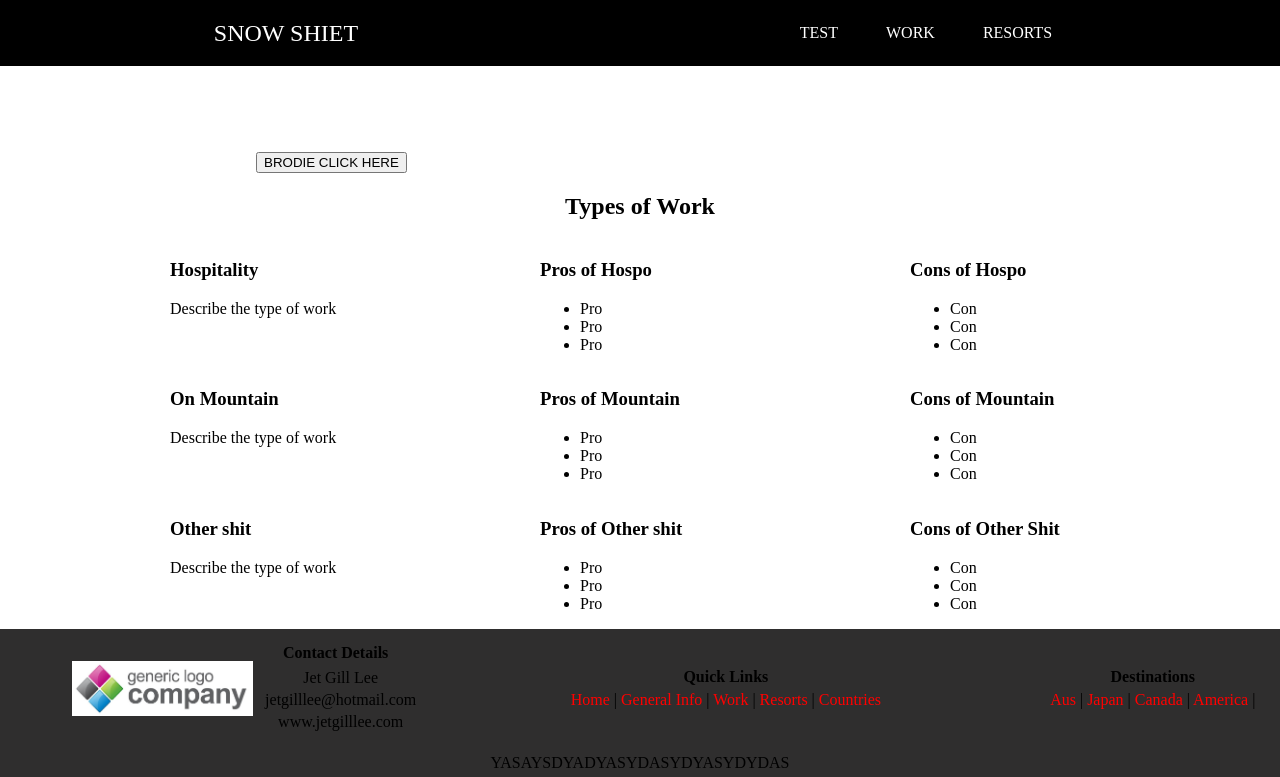
Repository: Jet-Gill-Lee/SnowSite
Page: work-overview.html
These files come from the project's save history. The page is drawn as it stood at one moment and after the next save; the edit follows.
The browser window is 1280 px wide. The pictures show the whole page.

Above is the page before, as saved 2021-07-25 00:10:08.

### work-overview.html
<!DOCTYPE html>
<html lang="en">
<head>
    <meta charset="UTF-8">
    <meta http-equiv="X-UA-Compatible" content="IE=edge">
    <meta name="viewport" content="width=device-width, initial-scale=1.0">
    <link rel="stylesheet" href="css/stylesheet.css">
    <script src='navbar.js' defer></script>
    <title>SnowSite</title>
</head>
<body>
<!-- PAGE HEADER -->

  <!-- TOP NAVIGATION BAR -->
  <div class="navbar">
    <div class="brand-title"><a href='index.html'>SNOW SHIET</a></div>
      <a href='#' class='toggle-button'>
      <span class="bar"></span>
      <span class="bar"></span>
      <span class="bar"></span></a>
    <div class="navbar-links">
      <ul>
        <li><a href="submit-stuff.html">TEST</a></li>
        <li><a href="work-overview.html">WORK</a></li>
        <li><a href="resorts-overview.html">RESORTS</a></li>
      </ul>
    </div>
  </div>
  <div class="hero-content">
    <button id='brodie-button'>BRODIE CLICK HERE</button>
    <div class="hero-flex-item hero-text">
      TAGLINE <br>
      <span>LMAO BRODIE YOU ARE A BITCH </span>
    </div>
  </div>
<!-- MAIN -->
  <div id="page-main">
    <div id="main-info">
      <!-- TYPES OF WORK -->
        <section id="work-section">
        <div id="main-work-div">
            <div class="section-header">
                <h2>Types of Work</h2>
            </div>
            <div class="work-option">
                <div class="work-option-name">
                <h3>Hospitality</h3>
                <p>Describe the type of work</p>
                </div>
                <div class="work-option-pros">
                    <h3>
                        Pros of Hospo
                    </h3>
                    <ul>
                        <li>Pro</li>
                        <li>Pro</li>
                        <li>Pro</li>
                    </ul>
                </div>
                <div class="work-option-cons">
                    <h3>
                        Cons of Hospo
                    </h3>
                    <ul>
                        <li>Con</li>
                        <li>Con</li>
                        <li>Con</li>
                    </ul>
                </div>
            </div>
            <div class="work-option">
                <div class="work-option-name">
                <h3>On Mountain</h3>
                <p>Describe the type of work</p>
                </div>
                <div class="work-option-pros">
                    <h3>
                        Pros of Mountain
                    </h3>
                    <ul>
                        <li>Pro</li>
                        <li>Pro</li>
                        <li>Pro</li>
                    </ul>
                </div>
                <div class="work-option-cons">
                    <h3>
                        Cons of Mountain
                    </h3>
                    <ul>
                        <li>Con</li>
                        <li>Con</li>
                        <li>Con</li>
                    </ul>
                </div>
            </div>
            <div class="work-option">
                <div class="work-option-name">
                <h3>
                    Other shit
                </h3>
                <p>Describe the type of work</p>
                </div>
                <div class="work-option-pros">
                    <h3>
                        Pros of Other shit
                    </h3>
                    <ul>
                        <li>Pro</li>
                        <li>Pro</li>
                        <li>Pro</li>
                    </ul>
                </div>
                <div class="work-option-cons">
                    <h3>
                        Cons of Other Shit
                    </h3>
                    <ul>
                        <li>Con</li>
                        <li>Con</li>
                        <li>Con</li>
                    </ul>
                </div>
            </div>
        </div>
        </section>
      <!-- TYPES OF RESORTS -->
        <section id="resort-info">
          <div id="resorts-main">
          </div>
        </section>
    <!-- FOOTER -->
    <div class="footer">
      <div class='footer-flex-container'>
        <div class="footer-flex-item contact">
          <img src="./image/generic-logo.jpg" alt="" srcset="" style='width:50%'>
          <div class="text-wrapper">
          <h4>Contact Details</h3>
          <p>Jet Gill Lee</p>
          <p>jetgilllee@hotmail.com
          </p>
          <p>www.jetgilllee.com</p>
          </div>
        </div>
        <div class="footer-flex-item flex-gen-links">
          <div class='link-wrapper'>
            <h4>Quick Links</h4>
          <a href="index.html">Home</a> <span> | </span>
          <a href="general-info.html">General Info</a><span> | </span>
          <a href="work-overview.html">Work</a><span> | </span>
          <a href="resorts-overview.html">Resorts</a><span> | </span>
          <a href="country-splash.html">Countries</a>
          </div>
        </div>
        <div class="footer-flex-item flex-links">
          <div class="link-wrapper">
              <h4>Destinations</h4>
            <a href="country.html">Aus</a> <span> | </span>
            <a href="country.html">Japan</a> <span> | </span>
            <a href="country.html">Canada</a> <span> | </span>
            <a href="country.html">America</a> <span> | </span>
          </div>
        </div>
      </div>
      <div class="copyright">YASAYSDYADYASYDASYDYASYDYDAS</div>
</body>
</html>

### css/stylesheet.css
body {
  margin:0;
  padding:0;
}
* {
  box-sizing: border-box;
}
.hero {
  background: url('../image/background-desktop.jpg');
  background-repeat: no-repeat;
  background-size: cover;
  background-position: 50% 0;
  height: 100vh;
}
.navbar {
  display: flex;
  background-color: rgba(0, 0, 0);
  justify-content: space-around;
  align-items: center;
  box-sizing: unset;
}
.brand-title {
  font-size: 1.5rem;
  height: 100%;
}
.brand-title a{
  color: white;
  text-decoration: none;
  padding: 10px;
  display:block;
}
.navbar-links {
  height: 100%;
  align-items: center;
  justify-content: space-around;
}
.navbar-links ul{
  display: flex;
  list-style: none;
  padding: 0;
}
.navbar-links li a {
  padding: 0.5rem 1.5rem;
  text-decoration: none;
  display:block;
  color:white;
}
.navbar-links ul li a:hover {
  background-color: rgba(255, 255, 255, 0.178);
}

.toggle-button {
  display: none;
  flex-direction: column;
  justify-content: space-between;
  width: 30px;
  height: 20px;
  position: absolute;
  top: 1rem;
  right: 1.5rem;
}
.toggle-button .bar {
  width: 100%;
  height: 3px;
  background-color: white;
  border-radius: 10px;
}
.hero-content {
  margin-left: 20%;
  padding-top: 12vh;
}
.hero-text {
  width:45%;
  font-size: 3rem;
  display:none;
}
.hero-text.active {
  display: block;
}
.footer-flex-container {
  display: flex;
  flex-wrap: wrap;
  justify-content: space-between;
}
/* WORK OVERVIEW PAGE */

#main-work-div {
  display:flex;
  flex-direction: column;
  align-items: center;
}
.work-option {
  display: flex;
  width: 100%;
  justify-content: space-evenly;

}
.work-option-name {
  width:200px;
}
.work-option-pros {
  width: 200px;
}
.work-option-cons {
  width: 200px;
}
#main-work-div h2 {
  text-align: center;
  align-self: flex-start;

}

/* FOOTER */
.footer {
  background-color: rgba(14, 13, 13, 0.863);
}
.footer-flex-item {
  min-width: 300px;
  width: 33.3%;
  display:flex;
  align-items: center;
  justify-content: center;
  min-height: 120px;
  text-align: center;
  padding-left: 5%;;
}
.footer-flex-item.flex-links {
 flex: 0.7
}
.footer-flex-item a{
  text-decoration: none;
  color:red;
}
.footer-flex-item a:visited{
  text-decoration: none;
  color: red;
}
.footer-flex-item p {
  padding: 2px;
  margin-bottom: 0;
  margin-top: 0;
  margin-left: 10px;
}
.footer-flex-item h4 {
  margin-top: 0;
  margin-bottom: 5px;
}
.copyright {
  text-align: center;
  width: 100%;
  padding: 5px;

}

@media (max-width: 900px) {
  .hero {
    height: 70vh;
  }
  .navbar-links {
    display:none;
    width: 100%;
  }
  .toggle-button {
    display: flex;
  }
  .hero-content {
    padding-top: 6vh;
  }
  .hero-text {
    position: absolute;
    top: 100px;
    z-index: 1;
  }
  .brand-title {
    padding-left: 20px;
  }
  .navbar {
    flex-direction: column;
    align-items: flex-start;
  }
  .navbar-links ul {
    flex-direction: column;
    align-items: center;
    width: 100%;
  }
  .navbar-links ul li {
    width: 100%;
    text-align: center;
  }
  .navbar-links.active {
    display: flex;
    z-index: 10;
  }
  .footer-flex-container{
    flex-wrap: wrap;
    justify-content: center;
  }
  .footer-flex-item.contact {
    order: 3;
  }
}
@media (max-width: 400px) {
 .hero {
   height: 50vh;
 }
 .hero-content {
   margin: 20px;
 }
 .hero-text {
   padding-top: 10px;
   top: 50px;
   width: 80%;
   word-wrap: break-word;
 }
}

### navbar.js
const toggleButton = document.getElementsByClassName('toggle-button')[0];
const navBarLinks = document.getElementsByClassName('navbar-links')[0];

toggleButton.addEventListener('click', () => {
  navBarLinks.classList.toggle('active')
});


const brodieButton = document.getElementById('brodie-button');
const brodieBitch = document.getElementsByClassName('hero-text')[0]
brodieButton.addEventListener('click', () => {
  brodieBitch.classList.toggle('active')
});

After the next save:
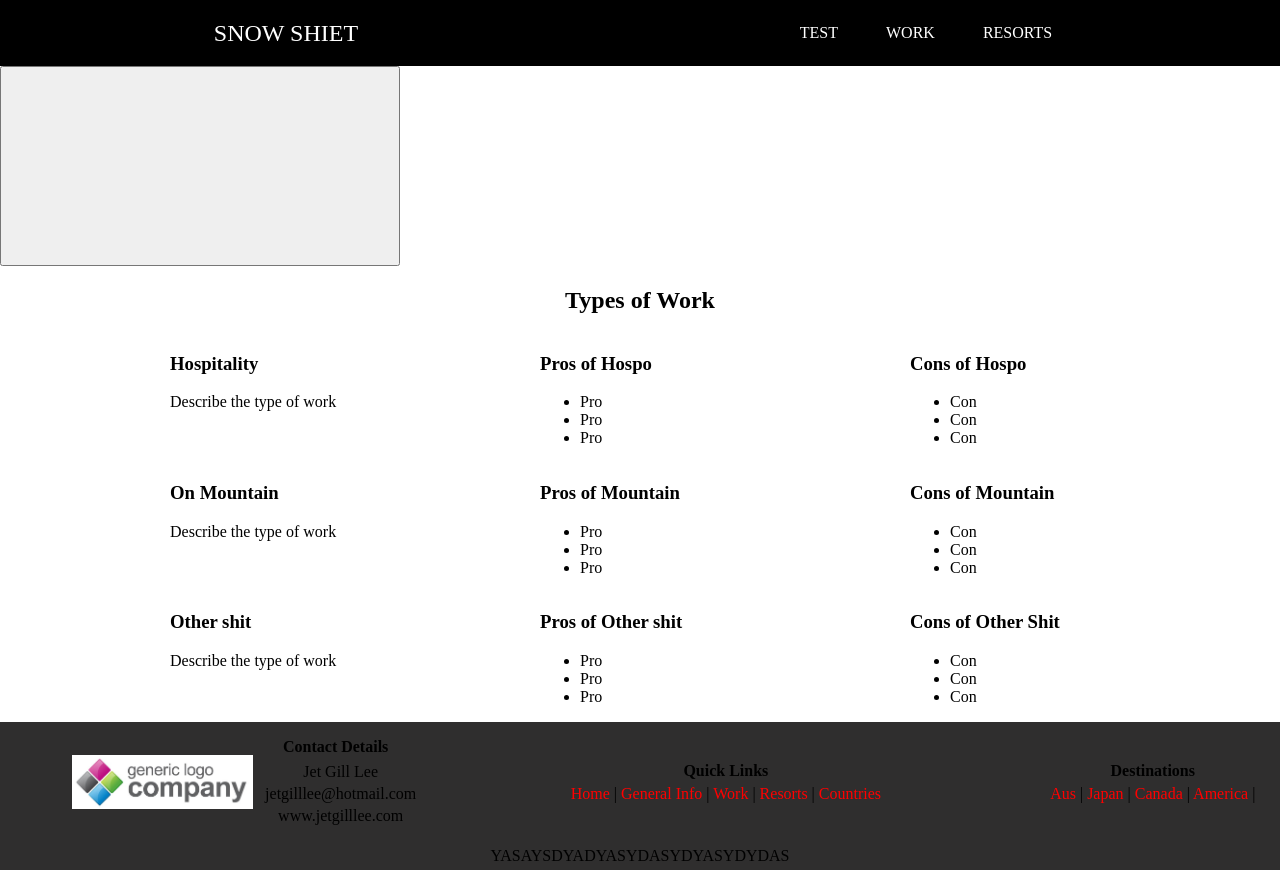
Saved 57 s later.
--- a/work-overview.html
+++ b/work-overview.html
@@ -26,13 +26,7 @@
       </ul>
     </div>
   </div>
-  <div class="hero-content">
-    <button id='brodie-button'>BRODIE CLICK HERE</button>
-    <div class="hero-flex-item hero-text">
-      TAGLINE <br>
-      <span>LMAO BRODIE YOU ARE A BITCH </span>
-    </div>
-  </div>
+  <button id="brodie-button" style='width:400px;height:200px;margin:auto'></button>
 <!-- MAIN -->
   <div id="page-main">
     <div id="main-info">
